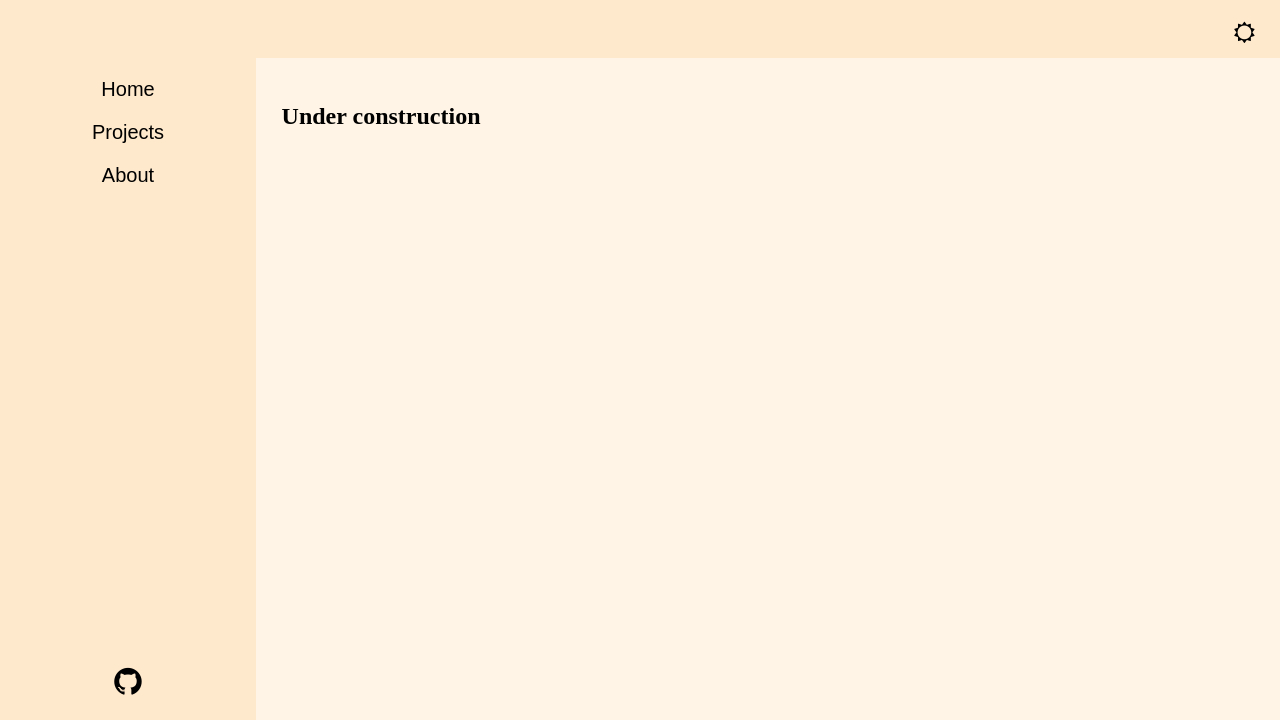
Repository: josephinel6/josephinel6.github.io
Page: index.html
An editor plug-in stored every save of this project. The page is shown before and after the next save, followed by the edit.
The browser window is 1280 px wide. The pictures show the whole page.

Above is the page before, as saved 2023-04-06 12:36:54.

### index.html
<!DOCTYPE html>
<html>
<zero-md>
    <template data-merge="append">
        <style>
            p {
                color: var(--color-gen-text) !important;
            }
        </style>
    </template>
</zero-md>

<head>
    <style>
        :root.light {
            --color-bg: #ffe9cc;
            --color-menu-text: black;
            --color-page-bg: #fff4e6;
            --color-obj-bg: lemonchiffon;
            --color-title-text: black;
            --color-gen-text: black;
            --color-menu-hover: darkgrey;
            --color-title-hover: darkgrey;
        }

        :root.dark {
            --color-bg: #212121;
            --color-menu-text: #D3D3D3;
            --color-page-bg: #333333;
            --color-obj-bg: #403f3f;
            --color-title-text: #D3D3D3;
            --color-gen-text: white;
            --color-menu-hover: grey;
            --color-title-hover: grey;
        }

        /* :root {
            --color-bg: black;
        } */

        html,
        body {
            height: 100%;
            width: 100%;
            overflow-x: hidden;

            margin: 0;
            position: relative;
            /* border-color: blue;
            border-radius: 10px;
            border-style: solid; */
            padding: 0;
        }

        #menu {
            height: 100%;
            width: 20%;
            position: absolute;
            z-index: 1;
            top: 0;
            bottom: 0;
            background-color: var(--color-bg);
        }

        #topbar {
            width: 100%;
            height: 8%;
            background-color: var(--color-bg);
            position: absolute;
        }

        .menutext {
            color: var(--color-menu-text);
            font-family: sans-serif;
            font-size: 20px;
        }

        .menutext:hover {
            cursor: pointer;
            color: var(--color-menu-hover);
        }

        .fa-github {
            color: var(--color-menu-text);
        }

        .fa-github:hover {
            color: var(--color-menu-hover);
        }

        .div.markdown-body {
            color: var(--color-gen-text) !important;
        }

        #window {
            background-color: var(--color-page-bg);
            position: absolute;
            height: 92%;
            overflow: hidden;
            width: 80%;
            right: 0;
            bottom: 0;
        }

        .markdownpg {
            color: white !important;
        }

        .tabcontent {
            height: 100%;
            width: 100%;
            position: absolute;
            overflow-y: scroll;
            margin-top: 2.5%;
            margin-left: 2.5%;
        }

        .projectbutton {
            /* height: 175px; */
            width: 95%;
            position: absolute;
            background-color: var(--color-obj-bg);
            border-radius: 10px;
            font-family: sans-serif;
            font-size: 30px;
        }

        .projectbutton:hover {
            cursor: pointer;
        }

        .projectbutton:hover>.projectbuttontitle {
            color: var(--color-title-hover);
        }

        .projectbutton:hover>.projectbuttondesc {
            color: var(--color-title-hover);
        }

        .projectbuttontitle {
            margin-left: 3%;
            margin-top: 3%;
            margin-bottom: -1.5%;
            color: var(--color-title-text);
        }

        #day-night {
            color: var(--color-menu-text);
            z-index: 2;
            position: absolute;
            top: 25px;
            right: 25px;
        }

        .projectbuttondesc {
            font-family: sans-serif;
            font-size: 20px;
            margin: 3%;
            color: var(--color-gen-text);
        }

        #day-night:hover {
            cursor: pointer;
            color: var(--color-menu-hover)
        }

        /* .fa-2x {
            height: 20px !important;
        } */
    </style>
    <link rel="stylesheet" href="https://cdnjs.cloudflare.com/ajax/libs/font-awesome/4.7.0/css/font-awesome.min.css">
    <script type="module" src="https://cdn.jsdelivr.net/gh/zerodevx/zero-md@2/dist/zero-md.min.js"></script>
    <script type="module" src="https://md-block.verou.me/md-block.js"></script>
</head>

<body>
    <div id="menu">
        <div style="position:absolute; top: 8%; width: 100%; text-align: center;">

            <p class="menutext" onclick="openpage('homepage')"> Home </p>
            <p class="menutext" onclick="openpage('projectbuttons')"> Projects </p>
            <p class="menutext" onclick="openpage('aboutpage')"> About </p>

        </div>

        <div style="position:absolute; bottom:3%; width: 100%; text-align: center;">
            <a href="https://github.com/josephinel6" class="fa fa-github fa-2x" style="text-decoration: none;"></a>
        </div>
    </div>
    <div id="topbar">
        <i onclick="daynight()" class="fa fa-sun-o fa-lg" id="day-night"></i>
    </div>
    <div id="window">
        <div id="homepage" class="tabcontent">
            <h2> Under construction </h2>
        </div>
        <div id="projectbuttons" class="tabcontent">
            <div class="projectbutton" onclick="openpage('weatherAPI')">
                <h2 class="projectbuttontitle"> Weather API </h2>
                <p class="projectbuttondesc"> My first project with APIs. </p>
            </div>
        </div>
        <zero-md src="https://josephinel6.github.io/weatherAPI.md" class="tabcontent markdownpg"
            id="weatherAPI"></zero-md>
        <div class="tabcontent" id="aboutpage">
            <zero-md src="https://josephinel6.github.io/about.md" class="markdownpg"></zero-md>
        </div>
        <script>
            var night;

            tabcontent = document.getElementsByClassName("tabcontent");
            for (i = 0; i < tabcontent.length; i++) {
                tabcontent[i].style.display = "none";
            }

            window.onload = function () {
                var night = false;
                document.documentElement.classList.remove("dark")
                document.documentElement.classList.add("light")
                window.localStorage.setItem('mode', 'light');
                // var night = true;
                // document.documentElement.classList.remove("light")
                // document.documentElement.classList.add("dark")
                // window.localStorage.setItem('mode', 'dark');
                console.log("dark")
                document.getElementById("homepage").style.display = "block";
            }

            function openpage(pageName) {
                var i, tabcontent, tablinks;
                tabcontent = document.getElementsByClassName("tabcontent");
                for (i = 0; i < tabcontent.length; i++) {
                    tabcontent[i].style.display = "none";
                }
                tablinks = document.getElementsByClassName("tablink");
                for (i = 0; i < tablinks.length; i++) {
                    tablinks[i].style.backgroundColor = "";
                }
                document.getElementById(pageName).style.display = "block";

                document.body.scrollTop = 0;
                document.documentElement.scrollTop = 0;
            }

            function daynight() {
                var daynight = document.getElementById("day-night");
                if (night == true) {
                    daynight.classList.remove("fa-sun-o");
                    daynight.classList.add("fa-moon-o");
                    night = false;
                    document.documentElement.classList.remove("dark")
                    document.documentElement.classList.add("light")
                    window.localStorage.setItem('mode', 'light');
                }
                else {
                    daynight.classList.remove("fa-moon-o");
                    daynight.classList.add("fa-sun-o");
                    night = true;
                    document.documentElement.classList.remove("light")
                    document.documentElement.classList.add("dark")
                    window.localStorage.setItem('mode', 'dark');
                }
            }
        </script>

</body>

</html>

After the next save:
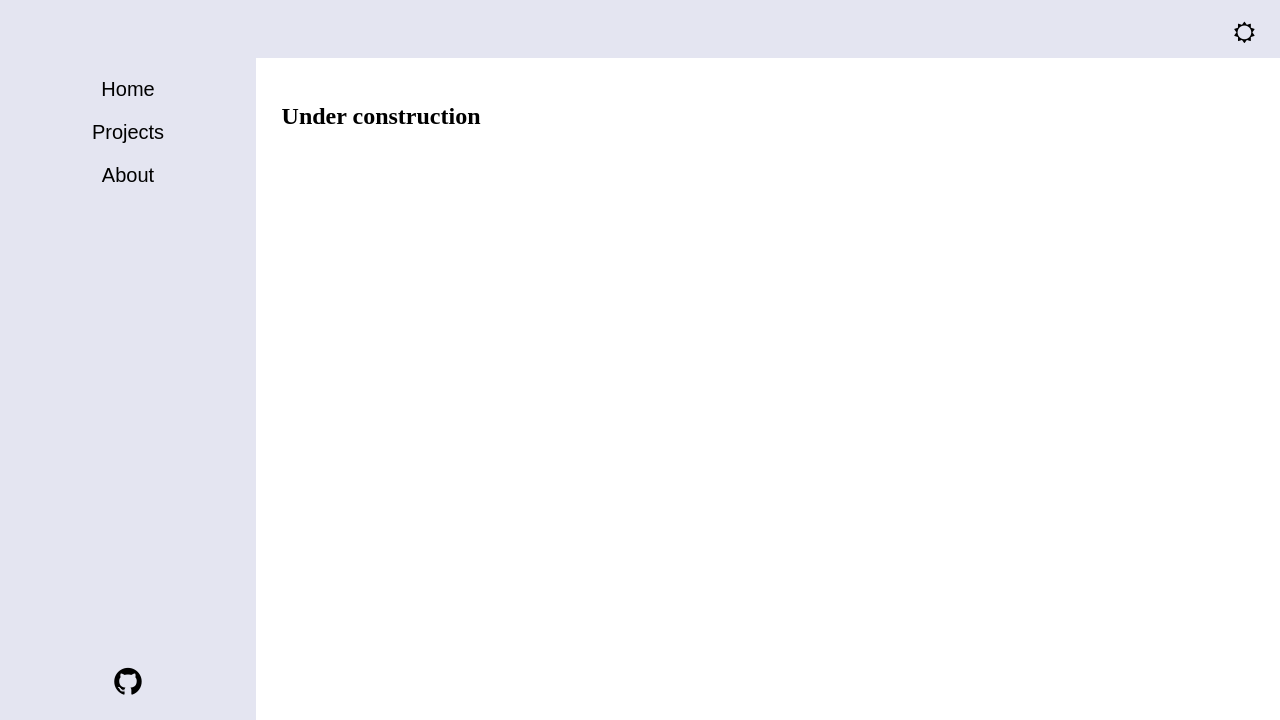
Saved 45 s later.
--- a/index.html
+++ b/index.html
@@ -13,9 +13,9 @@
 <head>
     <style>
         :root.light {
-            --color-bg: #ffe9cc;
+            --color-bg: #e4e5f1;
             --color-menu-text: black;
-            --color-page-bg: #fff4e6;
+            --color-page-bg: white;
             --color-obj-bg: lemonchiffon;
             --color-title-text: black;
             --color-gen-text: black;
